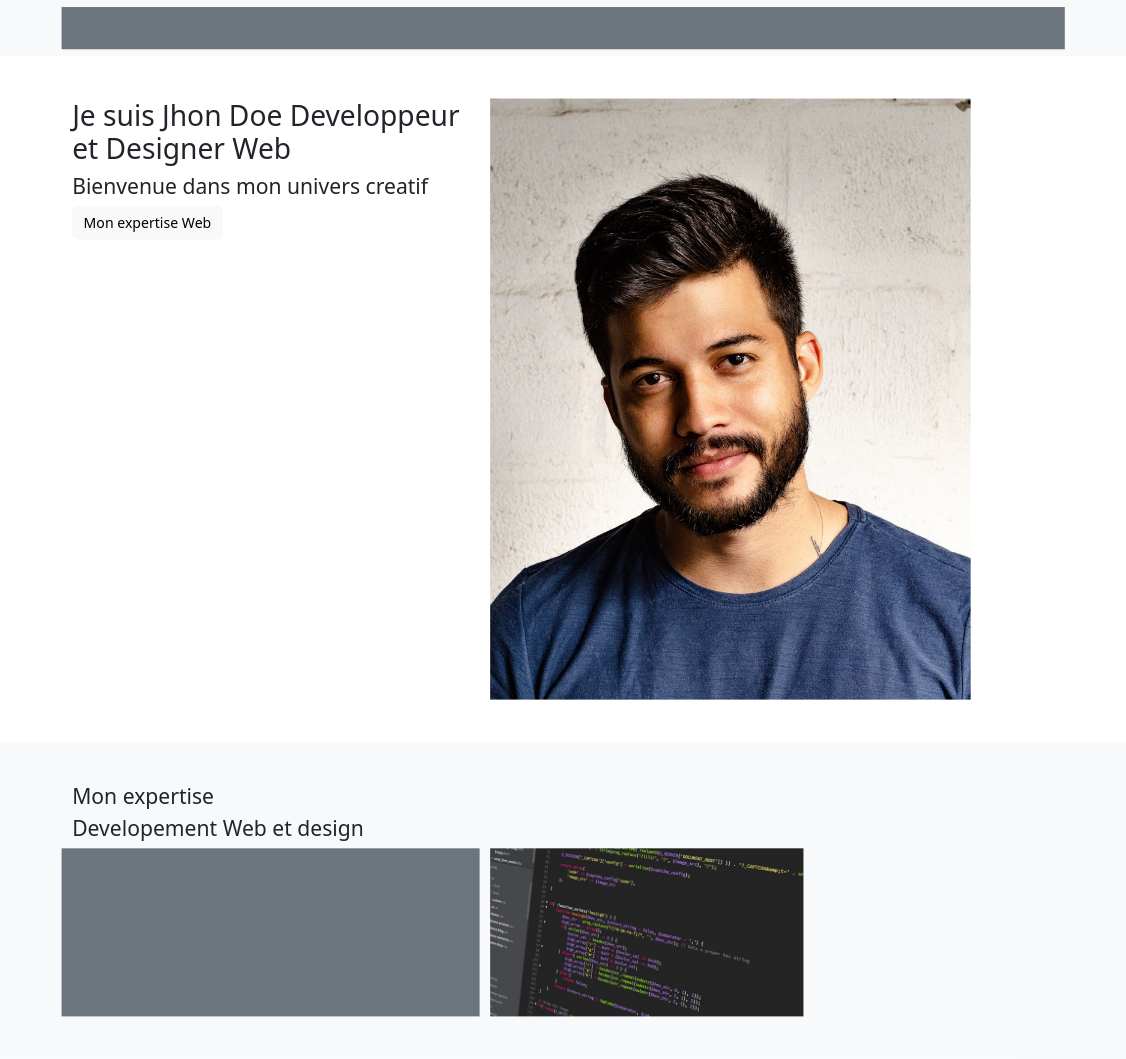
Repository: wadelfadill/Bootstrap_tache_1_portfolio
Page: index.html
The author's editor kept a copy of each file at every save. The page is drawn from the files as they stood at one save, then again after the next save.
The browser window is 1280 px wide. The pictures show the whole page, at 88% of full size.

Above is the page before, as saved 2023-03-27 12:25:18.

### index.html
<!DOCTYPE html>
<html lang="en">
<head>
    <meta charset="UTF-8">
    <meta http-equiv="X-UA-Compatible" content="IE=edge">
    <meta name="viewport" content="width=device-width, initial-scale=1.0">
    <title>Portfolio_Bootstrap</title>
    <link href="https://cdn.jsdelivr.net/npm/bootstrap@5.3.0-alpha2/dist/css/bootstrap.min.css" rel="stylesheet" integrity="sha384-aFq/bzH65dt+w6FI2ooMVUpc+21e0SRygnTpmBvdBgSdnuTN7QbdgL+OapgHtvPp" crossorigin="anonymous">
    <link rel="stylesheet" href="style.css">
</head>
<body>
    <header>
        <nav class="navbar bg-light container-fluid">
            <div class="container bg-secondary py-4">

            </div>
        </nav>
    </header>
    <main>
        <section class="my-5">
            <div class="container">
                <div class="row">
                    <div class="col-5">
                        <p class="h2">Je suis Jhon Doe Developpeur et Designer Web</p>
                        <p class="h4">Bienvenue dans mon univers creatif</p>
                        <a class="btn btn-light" href="#" role="button">Mon expertise Web</a>

                    </div>
                    <div class="col-6">
                        <img src="img/portrait.jpg" alt="profile de Jhon Doe" class="w-100">
                    </div>
                </div>
            </div>
        </section>
        <section>
            <div class="container-fluid bg-light py-5 mt-5">
                <div class="container">
                 <p class="h4">Mon expertise</p>
                 <p class="h4">Developement Web et design</p>
                <div class="row">
                    <div class="col-5 bg-secondary">

                    </div>
                    <div class="col-4">
                        <img src="img/code.jpg" alt="" class="w-100">
                    </div>
                </div>
             </div>
        </section>
        <section></section>
        <section></section>
    </main>



</body>
</html>

Loaded but not shown: style.css (no stored copy; drawn as an empty file)

After the next save:
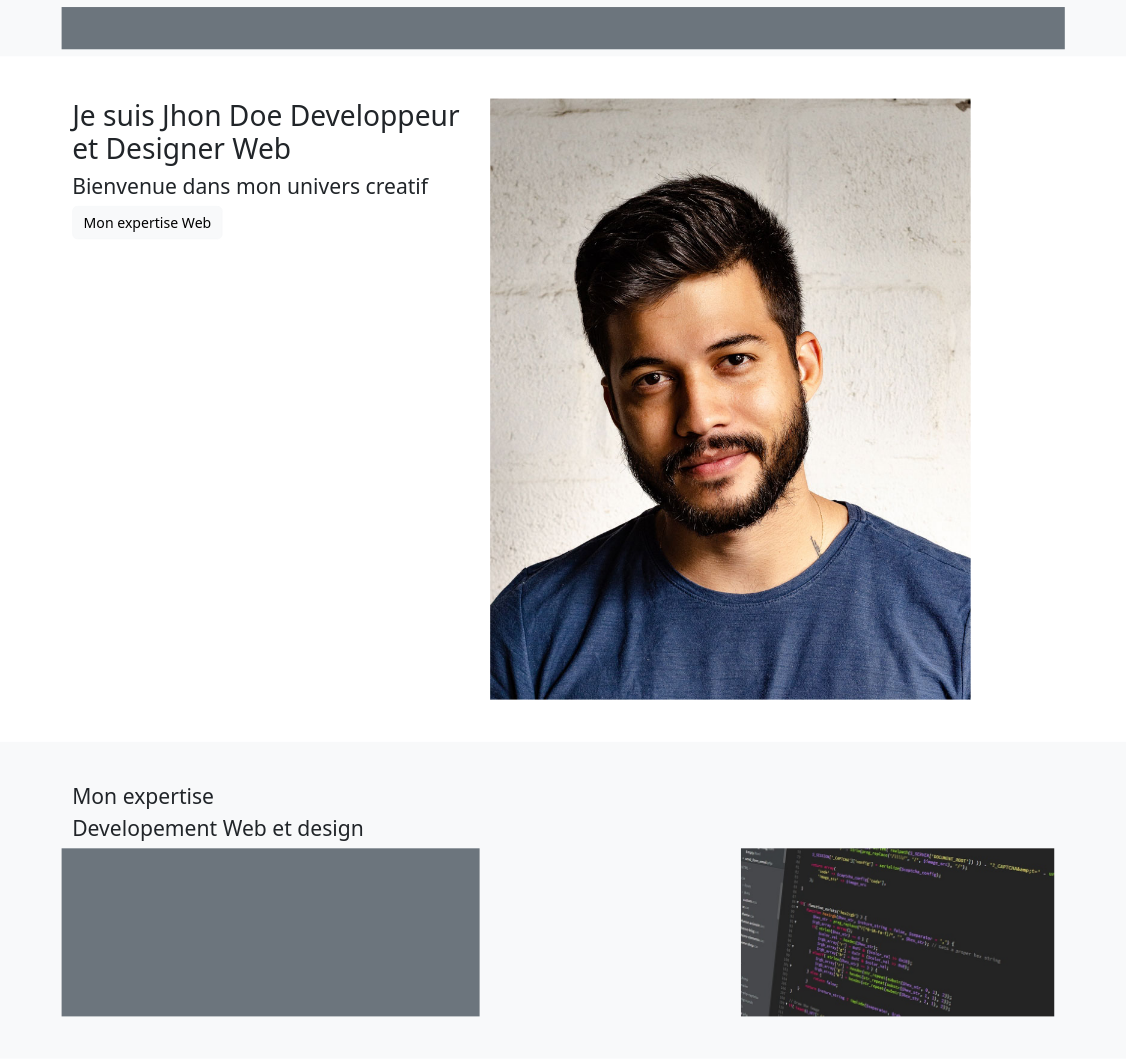
Saved 75 s later.
--- a/index.html
+++ b/index.html
@@ -41,6 +41,7 @@
                     <div class="col-5 bg-secondary">
 
                     </div>
+                    <div class="col-3"></div>
                     <div class="col-4">
                         <img src="img/code.jpg" alt="" class="w-100">
                     </div>
